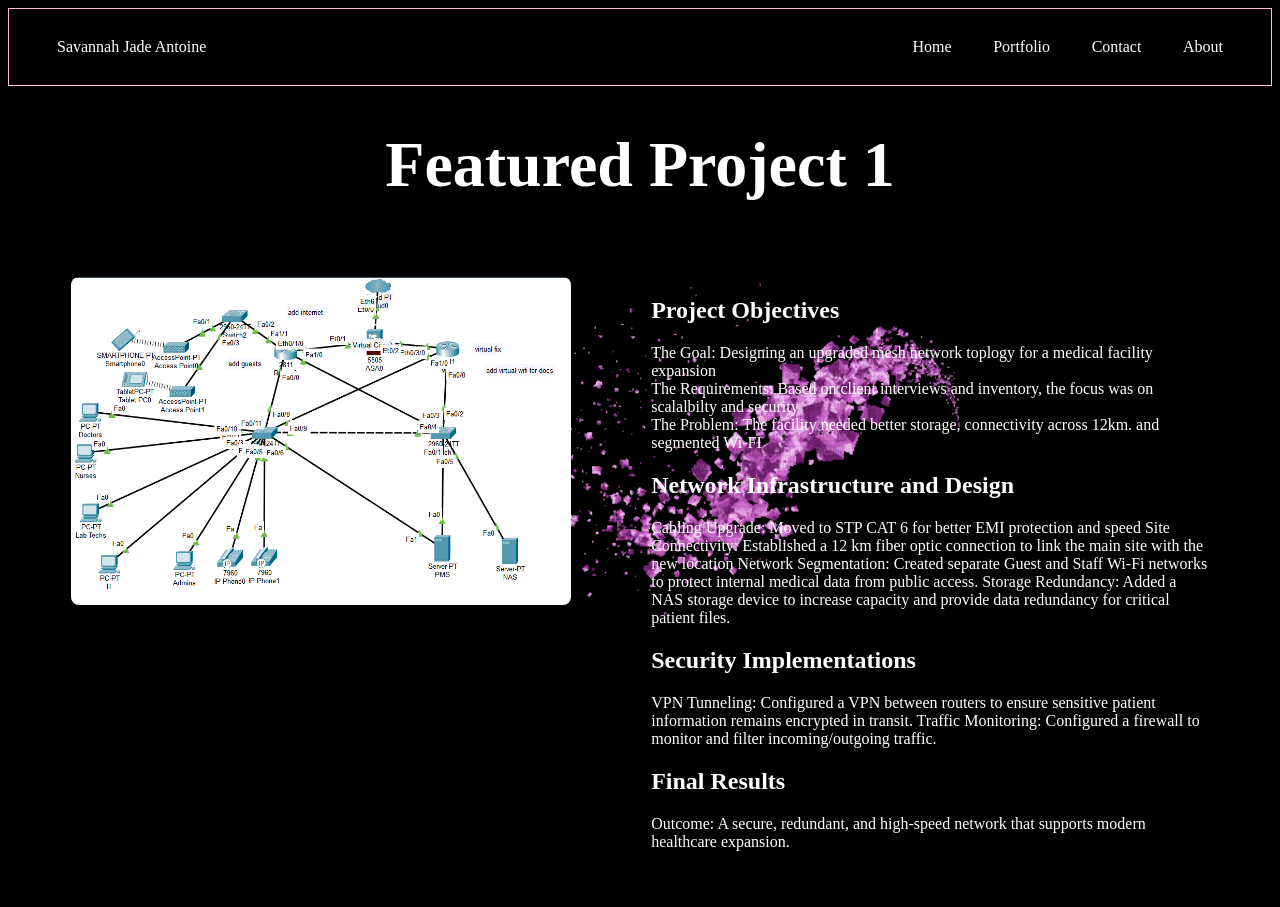
Repository: Savannah-Antoine/Savannah-Antoine
Page: pages/project-name-1.html
The author's editor kept a copy of each file at every save. The page is drawn from the files as they stood at one save, then again after the next save.
The browser window is 1280 px wide. The pictures show the whole page.

Above is the page before, as saved 2026-05-15 15:53:41.

After the next save:
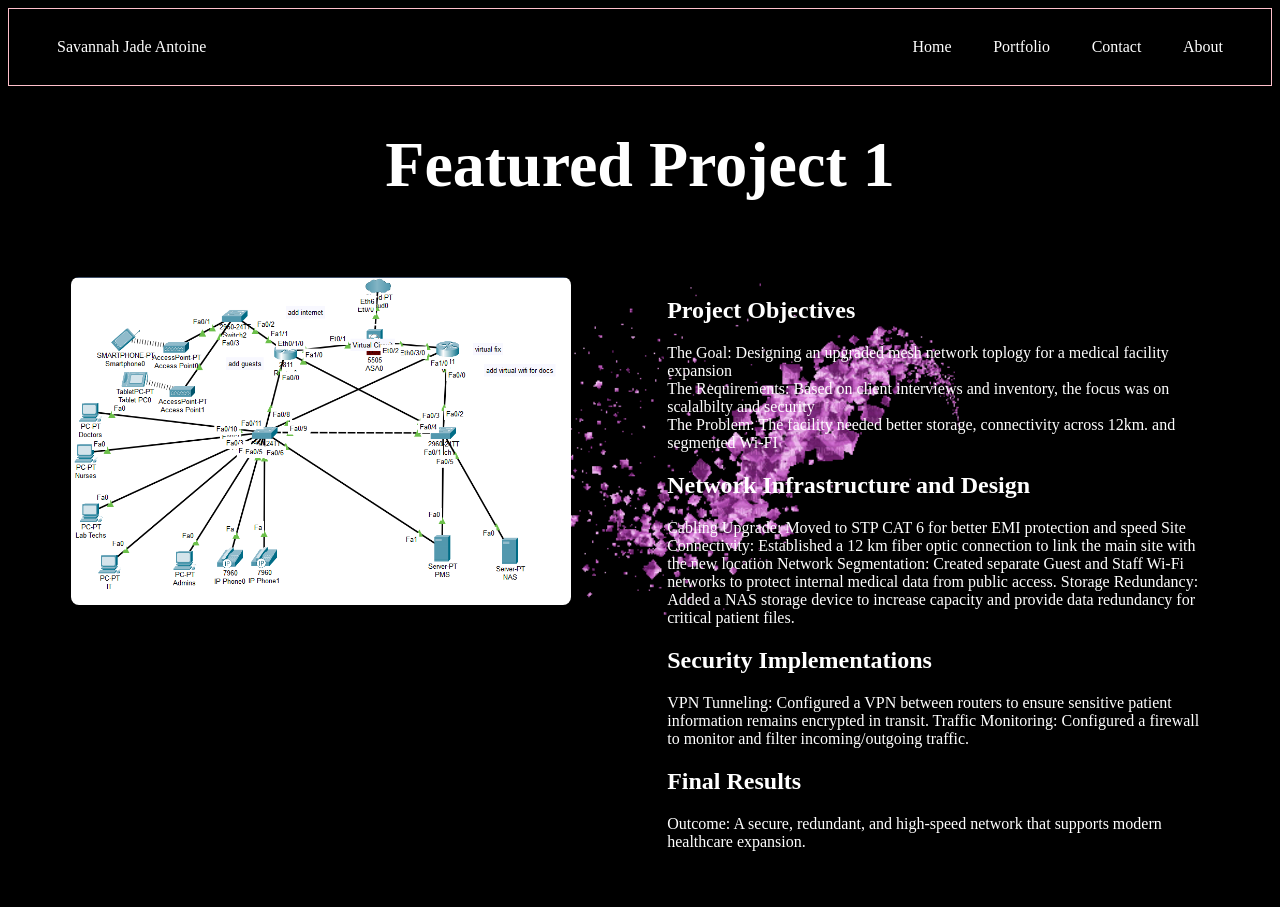
Saved 16 s later.
--- a/styles/page.css
+++ b/styles/page.css
@@ -18,7 +18,7 @@ img {
     display: flex;
     flex-direction: column;
     align-items: center;
-    gap: 5rem;
+    gap: 6rem;
     padding: 2rem 5%;
 }
 
